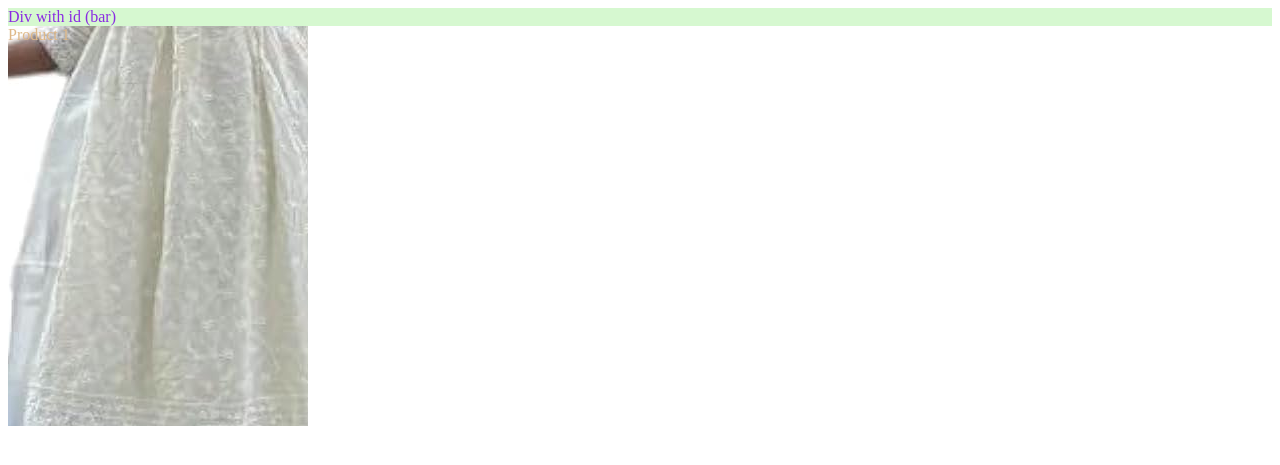
Repository: nihalani20/CSS-by-KG
Page: Practice set/index.html
An editor plug-in stored every save of this project. The page is shown before and after the next save, followed by the edit.
The browser window is 1280 px wide. The pictures show the whole page.

Above is the page before, as saved 2023-11-24 18:20:50.

After the next save:
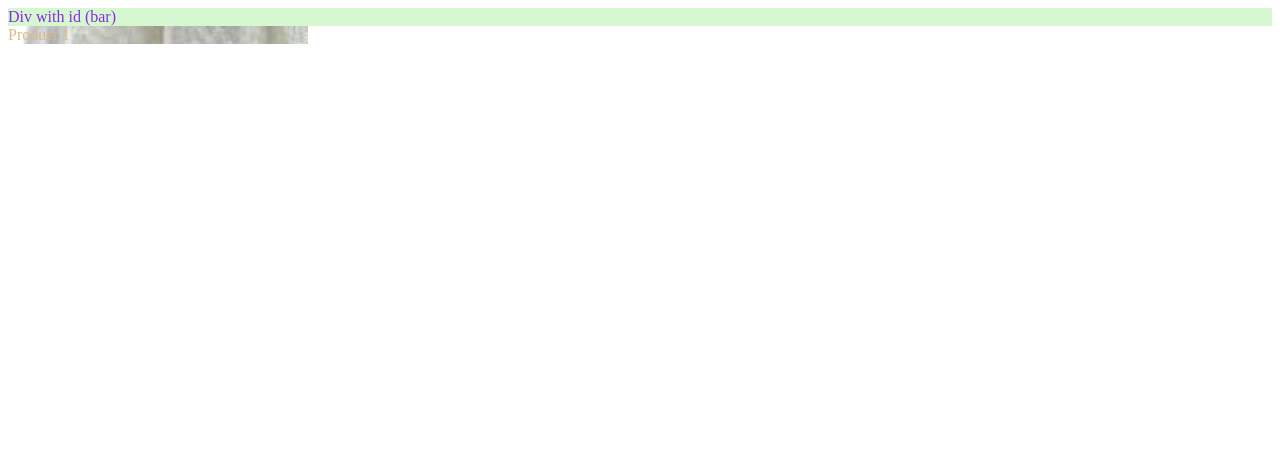
Saved 58 s later.
--- a/Practice set/index.html
+++ b/Practice set/index.html
@@ -18,7 +18,7 @@ main{
     height: 500px;
 }
 #product{
-     height: 400px;
+     height: 2-0px;
      width:300px;
     /* background-image: url(images/kurt\ image.jpg);
     background-position: center;
